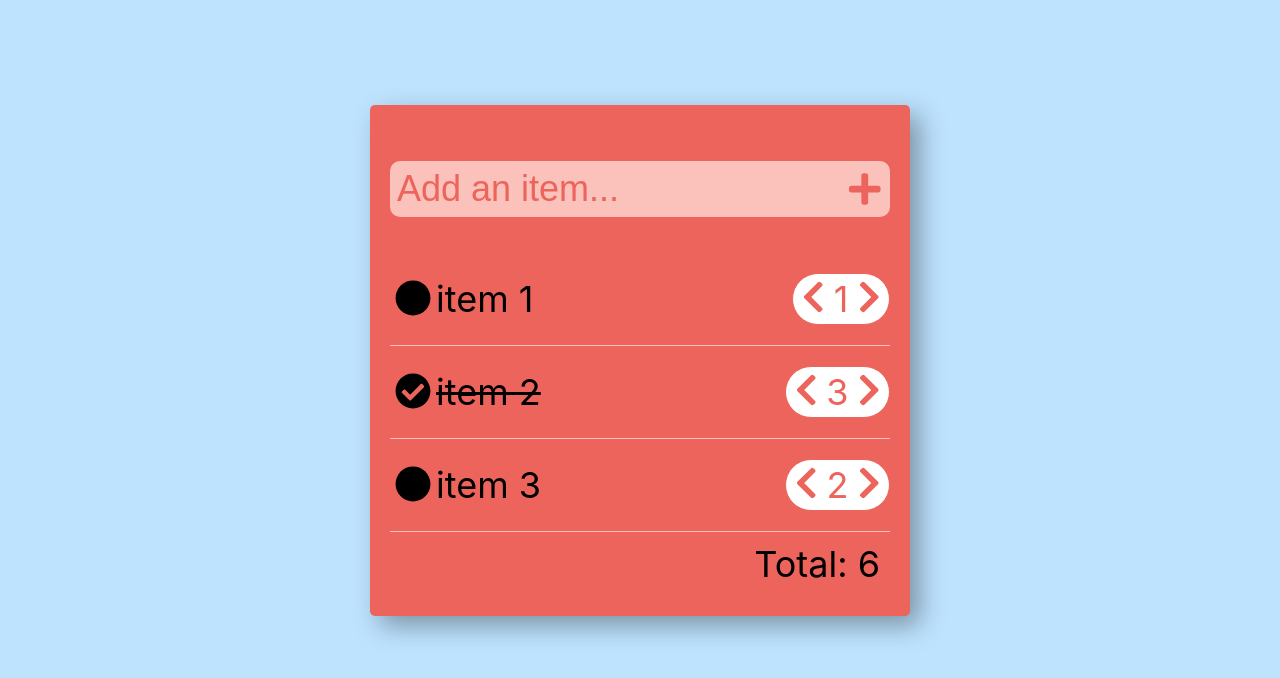
Repository: 365dayschallenge/Vic-17
Page: /
These files come from the project's save history. The page is drawn as it stood at one moment and after a run of saves; the edit follows.
The browser window is 1280 px wide. The pictures show the whole page.
The project was rebuilt for these pictures with package versions that can differ from the ones it lists, and the page was loaded fresh each time. Also part of the build but not shown: src/App.css.

Above is the page before, as saved 2022-01-12 21:00:08.

After the next 2 saves:
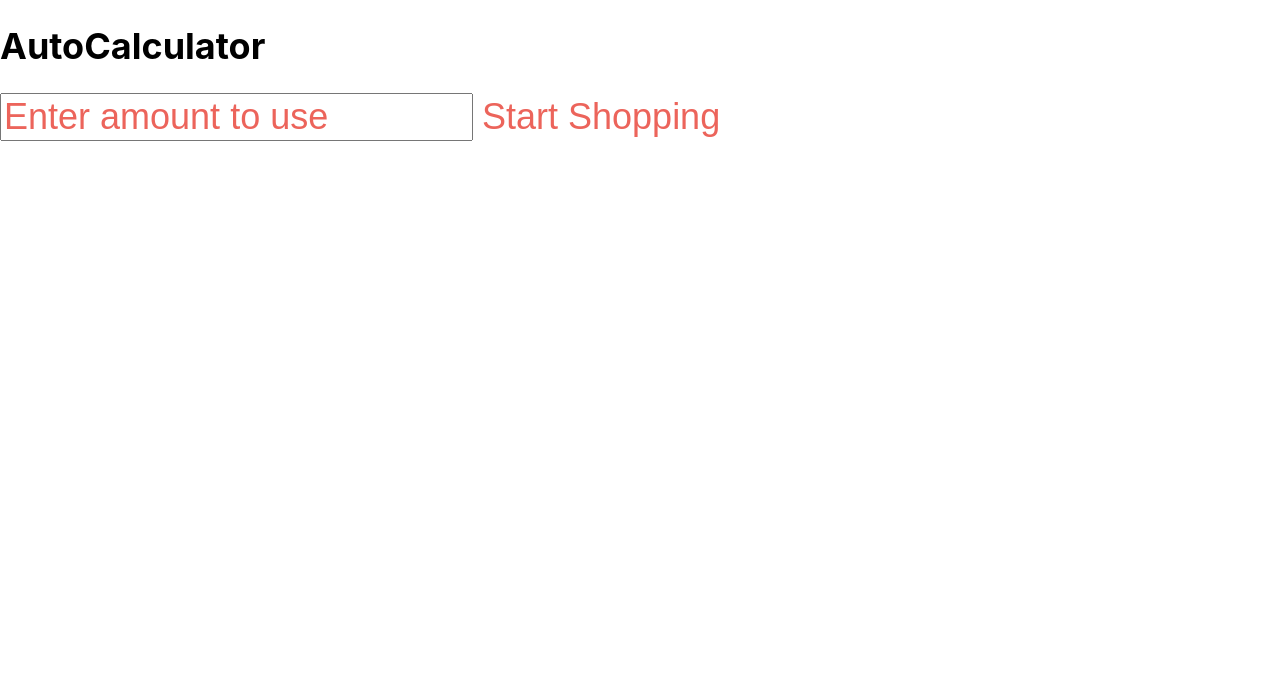
The 2 saves are shown as one change because 1 did not build or start.
The last was saved 35 s later.
--- a/src/App.js
+++ b/src/App.js
@@ -4,9 +4,8 @@ import Shoppinglist from './components/Shoppinglist';
 
 function App() {
   return (
-    <Shoppinglist />
 
-
+    <Calculator />
   );
 }
 
